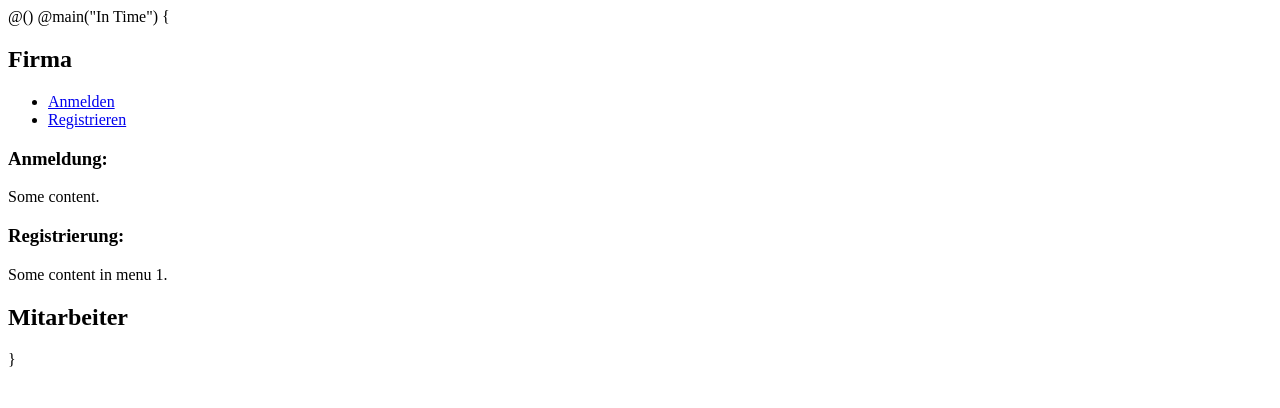
Repository: Avinukas/InTime
Page: intime/app/views/index.scala.html
The author's editor kept a copy of each file at every save. The page is drawn from the files as they stood at one save, then again after the next save.
The browser window is 1280 px wide. The pictures show the whole page.

Above is the page before, as saved 2018-05-17 07:29:43.

After the next save:
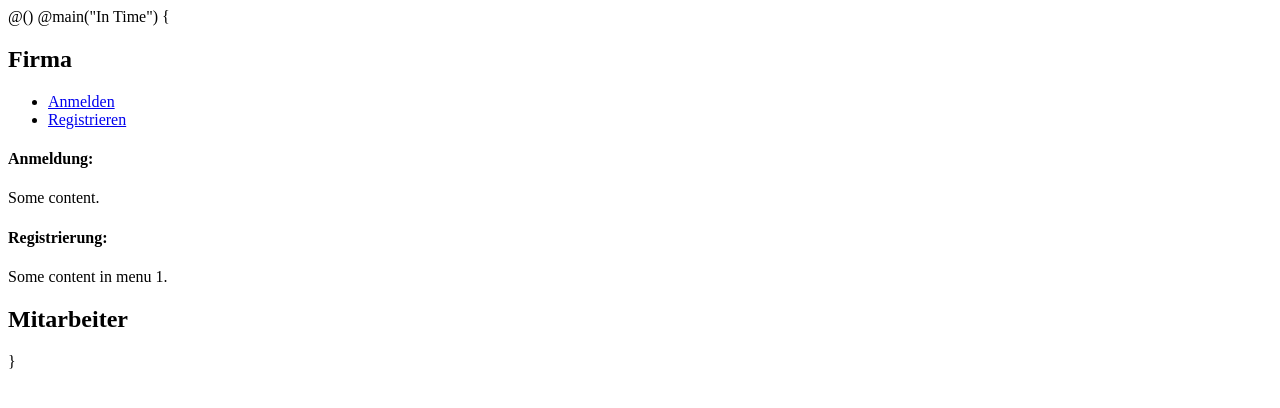
Saved 86 s later.
--- a/intime/app/views/index.scala.html
+++ b/intime/app/views/index.scala.html
@@ -9,11 +9,11 @@
 
 		<div class="tab-content">
 			<div id="firmaAnmelden" class="tab-pane fade in active">
-				<h3>Anmeldung:</h3>
+				<h4>Anmeldung:</h4>
 				<p>Some content.</p>
 			</div>
 			<div id="firmaRegistrieren" class="tab-pane fade">
-				<h3>Registrierung:</h3>
+				<h4>Registrierung:</h4>
 				<p>Some content in menu 1.</p>
 			</div>
 		</div>
